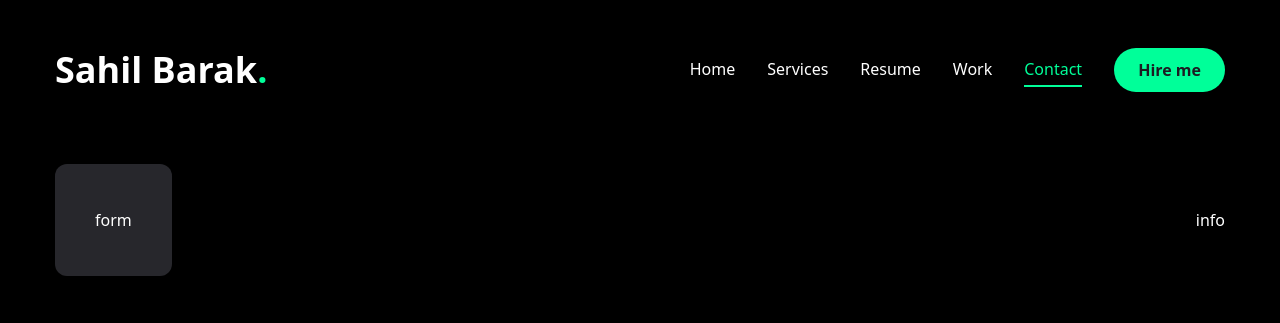
Repository: Moxsahil/My_portfolio
Page: /contact (app in sahil-portfolio/)
These files come from the project's save history. The page is drawn as it stood at one moment and after the next save; the edit follows.
The browser window is 1280 px wide. The pictures show the whole page.
The project was rebuilt for these pictures with package versions that can differ from the ones it lists, and the page was loaded fresh each time. The framework's server and built-in components were replaced by stand-ins that run in the browser. Also part of the build but not shown: sahil-portfolio/next.config.mjs, sahil-portfolio/components/ui/input.jsx, sahil-portfolio/components/ui/textarea.jsx. Imported but missing from the stored project, and not drawn on this page: sahil-portfolio/components/ui/select.

Above is the page before, as saved 2024-10-06 15:33:41.

After the next save:
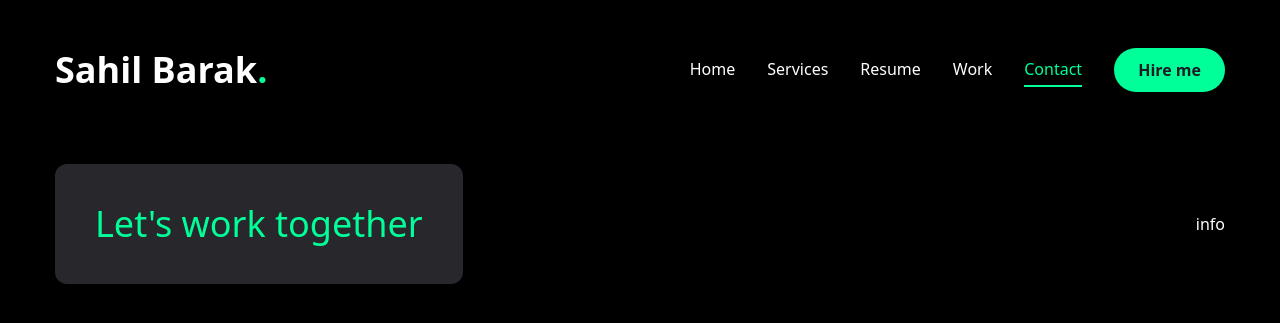
Saved 116 s later.
--- a/sahil-portfolio/app/contact/page.jsx
+++ b/sahil-portfolio/app/contact/page.jsx
@@ -50,7 +50,9 @@
         <div className="flex flex-col xl:flex-row gap-[30px]">
           {/* form */}
           <div className="xl:h-[54%] order-2 xl:order-none">
-            <form className="flex flex-col gap-6 p-10 bg-[#27272c] rounded-xl">form</form>
+            <form className="flex flex-col gap-6 p-10 bg-[#27272c] rounded-xl">
+              <h3 className="text-4xl text-accent">Let's work together</h3>
+            </form>
           </div>
           {/* info */}
           <div className="flex-1 flex items-center xl:justify-end order-1 xl:order-none mb-8 xl:mb-0">info</div>
